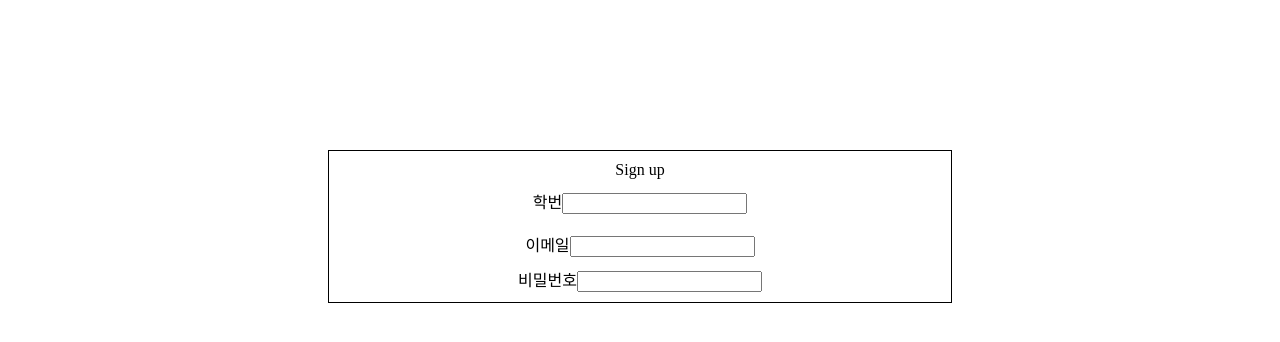
Repository: smandkd/Multicampus_Frontend
Page: http://localhost/Mulcam_Project/jsp/signup.jsp
These files come from the project's save history. The page is drawn as it stood at one moment and after the next save; the edit follows.
The browser window is 1280 px wide. The pictures show the whole page.
The page is served by Tomcat 9.

Above is the page before, as saved 2022-01-30 02:07:15.

### Mulcam_Project/jsp/signup.jsp
<%@ page contentType="text/html; charset=utf-8"
    pageEncoding="EUC-KR"%>
<!DOCTYPE html>
<html>
<head>
<meta name="viewport" content="width=device-width, initial-scale=1.0">
<style type="text/css">
.a {
	text-align:center;
	margin-right:320px;
	margin-left:320px;
	margin-top:150px;
	padding-top:10px;
	border:1px solid;
}
.b {
	margin-top:10px;
}
.c {
	margin-bottom:10px;
}
</style>
</head>
<body>

<div class="a">
	Sign up
	<div>
		<div class="b">
		학번<input type="text"/>
		</div>
		<br/>
		<div class="c">
		이메일<input type="text"/>
		</div>
		<div class="c">
		비밀번호<input type="text"/>
		</div>
	</div>
</div>
</body>
</html>

After the next save:
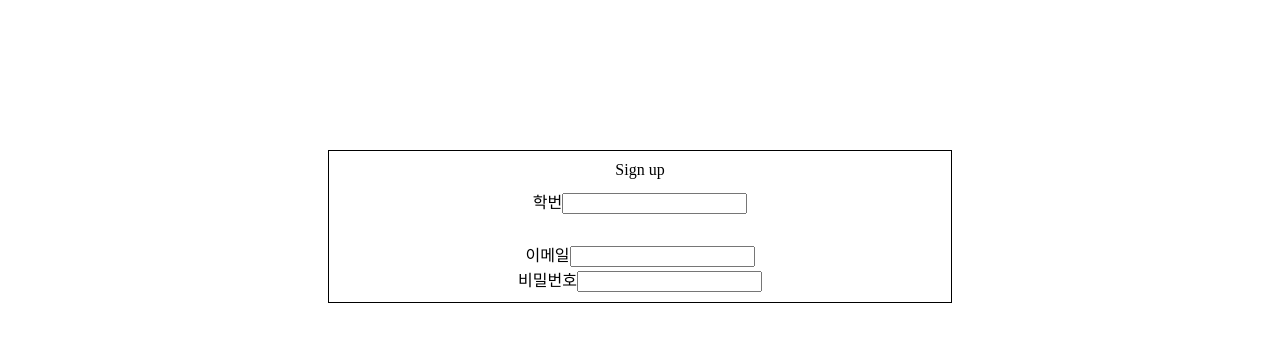
Saved 23 s later.
--- a/Mulcam_Project/jsp/signup.jsp
+++ b/Mulcam_Project/jsp/signup.jsp
@@ -30,7 +30,7 @@
 		학번<input type="text"/>
 		</div>
 		<br/>
-		<div class="c">
+		<div class="b">
 		이메일<input type="text"/>
 		</div>
 		<div class="c">

After the save that followed:
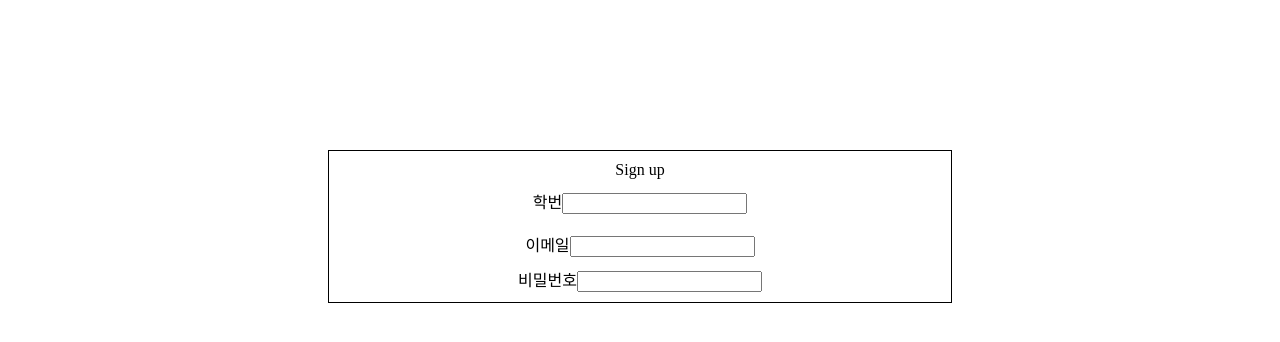
Saved 6 s later.
--- a/Mulcam_Project/jsp/signup.jsp
+++ b/Mulcam_Project/jsp/signup.jsp
@@ -30,7 +30,7 @@
 		학번<input type="text"/>
 		</div>
 		<br/>
-		<div class="b">
+		<div class="c">
 		이메일<input type="text"/>
 		</div>
 		<div class="c">
